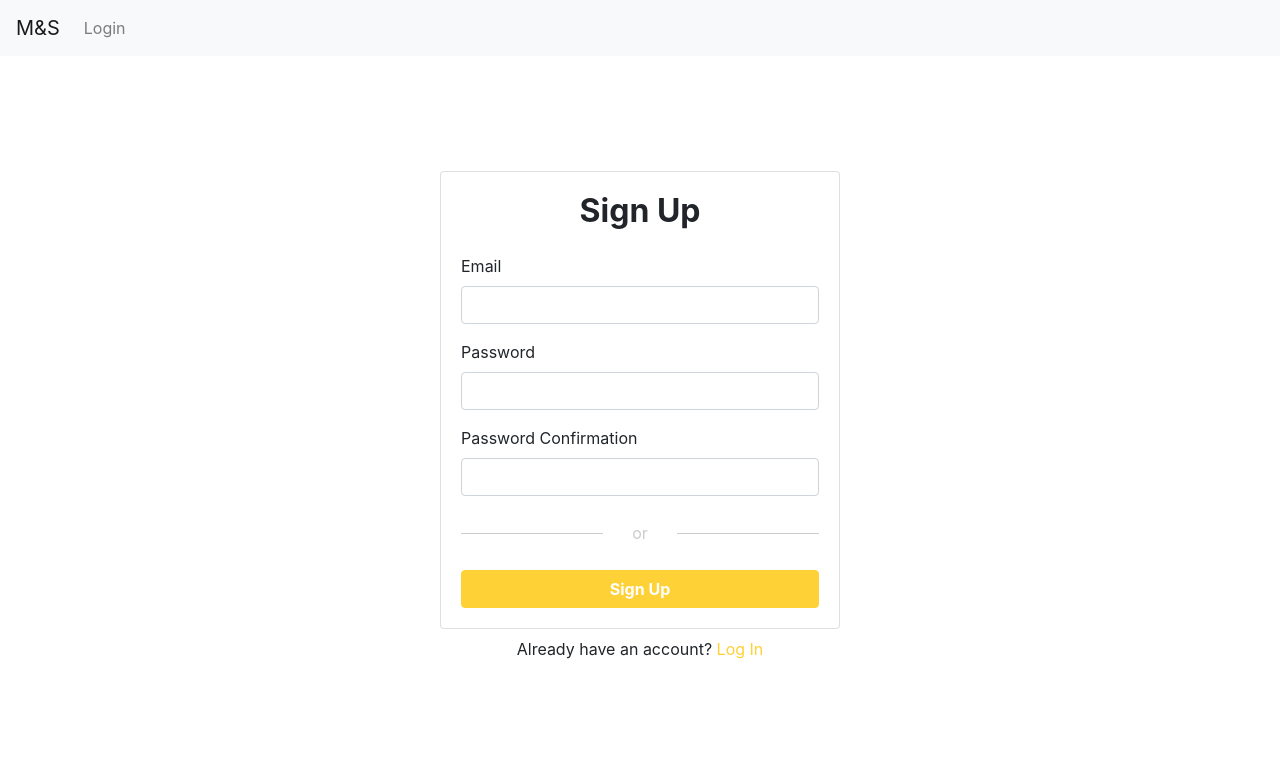
Repository: mel-berk/file-sharing
Page: /signup
These files come from the project's save history. The page is drawn as it stood at one moment and after the next save; the edit follows.
The browser window is 1280 px wide. The pictures show the whole page.
The project was rebuilt for these pictures with package versions that can differ from the ones it lists, and the page was loaded fresh each time. Also part of the build but not shown: src/components/authentication/Landing.css, src/components/authentication/Landing.js, src/components/google-drive/Navbar.js, src/components/authentication/Profile.js, src/components/authentication/Login.js, src/components/authentication/PrivateRoute.js, src/components/authentication/ForgotPassword.js, src/components/authentication/UpdateProfile.js and 10 more.

Above is the page before, as saved 2021-06-16 12:12:10.

After the next save:
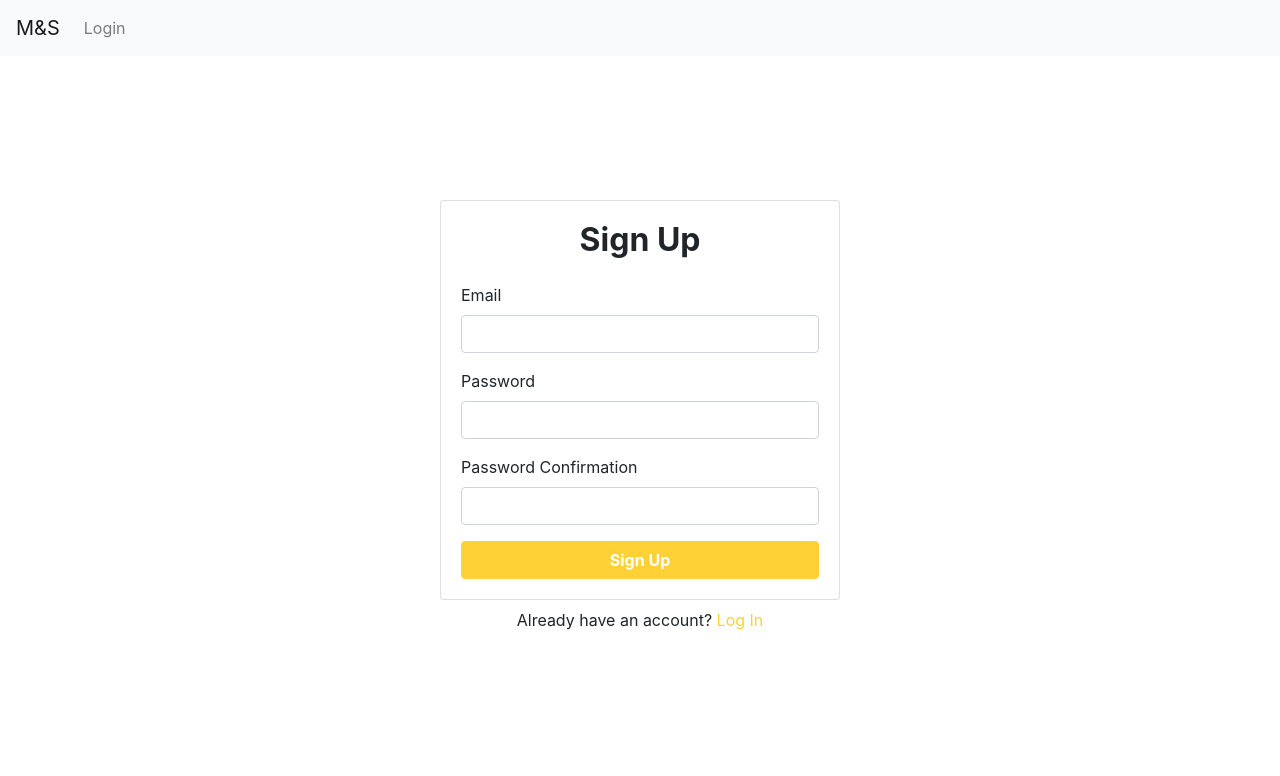
Saved 7 min 0 s later.
--- a/src/components/authentication/Signup.js
+++ b/src/components/authentication/Signup.js
@@ -51,11 +51,6 @@ export default function Signup() {
               <Form.Label>Password Confirmation</Form.Label>
               <Form.Control type="password" ref={passwordConfirmRef} required />
             </Form.Group>
-            <div class="or-container">
-                                <div class="line-separator"></div>
-                                <div class="or-label">or</div>
-                                <div class="line-separator"></div>
-              </div>
             <Button disabled={loading} className="w-100" type="submit">
               Sign Up
             </Button>
